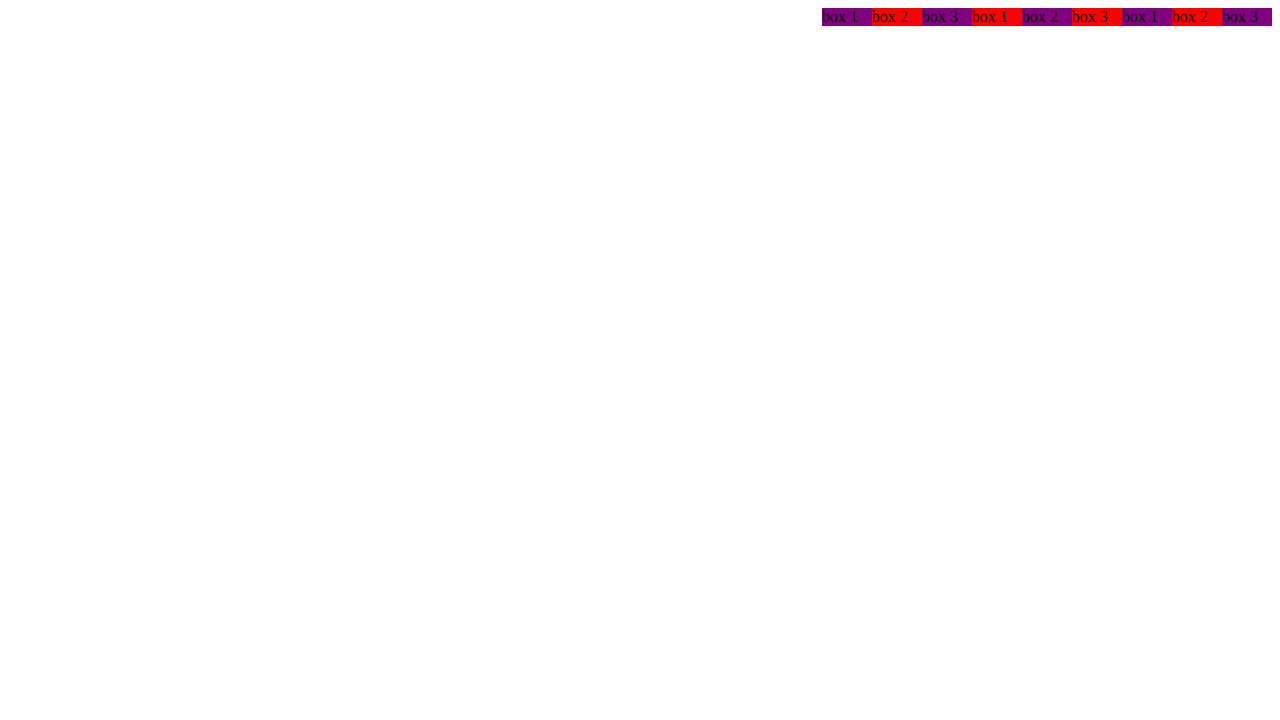
Repository: tianjiewang2022/tianjiewang2022.github.io
Page: index.html
These files come from the project's save history. The page is drawn as it stood at one moment and after the next save; the edit follows.
The browser window is 1280 px wide. The pictures show the whole page.

Above is the page before, as saved 2023-10-01 16:30:38.

After the next save:
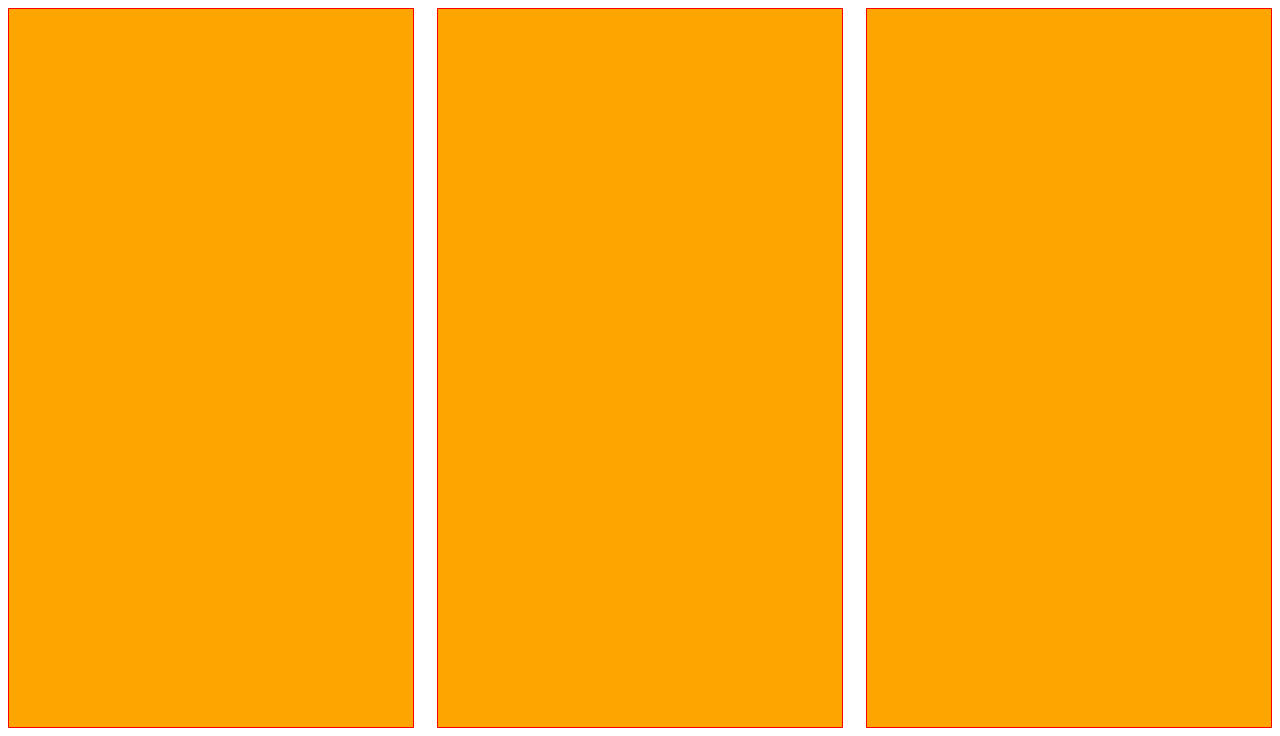
Saved 2 min 13 s later.
--- a/index.html
+++ b/index.html
@@ -1,82 +1,97 @@
+<!DOCTYPE html>
 <html>
 
     <head>
+        <meta charset="utf-8">
+        <meta name="viewport" content="width=device-width, initial-scale=1">
+        <title>Hunter's Cat's Homepage</title>
         <style>
+            /*		div {
+			color: red;
+		}
+		.red-class {
+			color: red;
+			background-color: #e36486;
+		}
+		.purple-background-class {
+			background-color: purple;
+		}
+		#FirstSentence {
+			color: green;
+			text-decoration: underline;
+		}
+		#SecondSentence {
+			font-weight: bold;
+		}*/
+            /*
+		@media(max-width: 200px) {
+			.text-class {
+				color: green;
+			}
+		}
+*/
+            /*		.text-red-class {
+			color: forestgreen;
+			font-size: 24px;
+		}
+		.normal-text-size {
+			font-size: 16px;
+		}
+		.large-text-size {
+			font-size: 150%;
+		}*/
+            .mini-square {
+                height: 20px;
+                width: 20px;
+                background-color: yellow;
+                border: green 1px solid;
+            }
+
+            .little-square {
+                /*			height: 100px;*/
+                width: 32%;
+                background-color: orange;
+                border: red 1px solid;
+                /*			float: right;*/
+                /*			margin: 15px;/**/
+                /*			padding: 10px;*/
+            }
+
             .flex-container {
                 display: flex;
-                /* flex-direction: column; */
-                flex-basis: 50px;
-                flex-wrap: wrap;
-                justify-content: flex-end;
-            }
-
-
-            .flex-container div {
-                background-color: purple;
-                /* width: 100%; */
-            }
-
-            .flex-container div:nth-child(2n) {
-                background-color: red;
-            }
-
-            .box1 {
-                width: 50px;
-                /* flex: 1;
-                order: 2; */
-            }
-
-            .box2 {
-                width: 50px;
-                /* flex: 1;
-                order: 1; */
-            }
-
-            .box3 {
-                width: 50px;
-                /* flex: 1;
-                order: 3; */
+                height: 100vh;
+                justify-content: space-between;
+                /*			justify-content: space-evenly;*/
+                /*			flex-direction: column;*/
             }
         </style>
-
     </head>
 
     <body>
-
         <div class="flex-container">
-            <div class="box1">
-                box 1
+            <div class='little-square'>
             </div>
-            <div class="box2">
-                box 2
+            <div class='little-square'>
             </div>
-            <div class="box3">
-                box 3
+            <div class='little-square'>
             </div>
-
-            <div class="box1">
-                box 1
-            </div>
-            <div class="box2">
-                box 2
-            </div>
-            <div class="box3">
-                box 3
-            </div>
-            <div class="box1">
-                box 1
-            </div>
-            <div class="box2">
-                box 2
-            </div>
-            <div class="box3">
-                box 3
-            </div>
-
-
         </div>
-
-
+        <!-- 	<p>Lorem ipsum dolor sit amet, consectetur adipiscing elit. In vel bibendum sapien. Class aptent taciti sociosqu ad litora torquent per conubia nostra, per inceptos himenaeos. Duis sollicitudin condimentum risus nec maximus. Sed lacinia odio et feugiat fermentum. Aenean ultricies fermentum diam, ac fringilla mi tempus id. Integer hendrerit vitae enim vulputate tincidunt. Praesent dapibus dictum felis, vel malesuada lectus pharetra sit amet. Suspendisse aliquam id lacus sit amet iaculis. Quisque condimentum euismod elit, sed cursus neque fringilla sit amet. Vivamus efficitur convallis lectus, sed mattis augue aliquam nec. Phasellus fringilla sapien at eros elementum, porta facilisis arcu lobortis.</p>
+		<div>Hello world</div> -->
+        <!-- 	<div class='text-red-class'>
+		<p class='normal-text-size'>This is a normal sized paragraph</p>
+		<p class='large-text-size'>This is a large sized paragraph</p>
+	</div> -->
+        <!-- 	<div class='red-class purple-background-class' id='FirstSentence' >
+		This is the first sentence
+	</div>
+	<div class='red-class' id='SecondSentence'>
+		This is the second sentence
+	</div>
+	<div class='purple-background-class' id='ThirdSentence'>
+		This is the third sentence
+	</div>
+ -->
     </body>
 
 </html>
